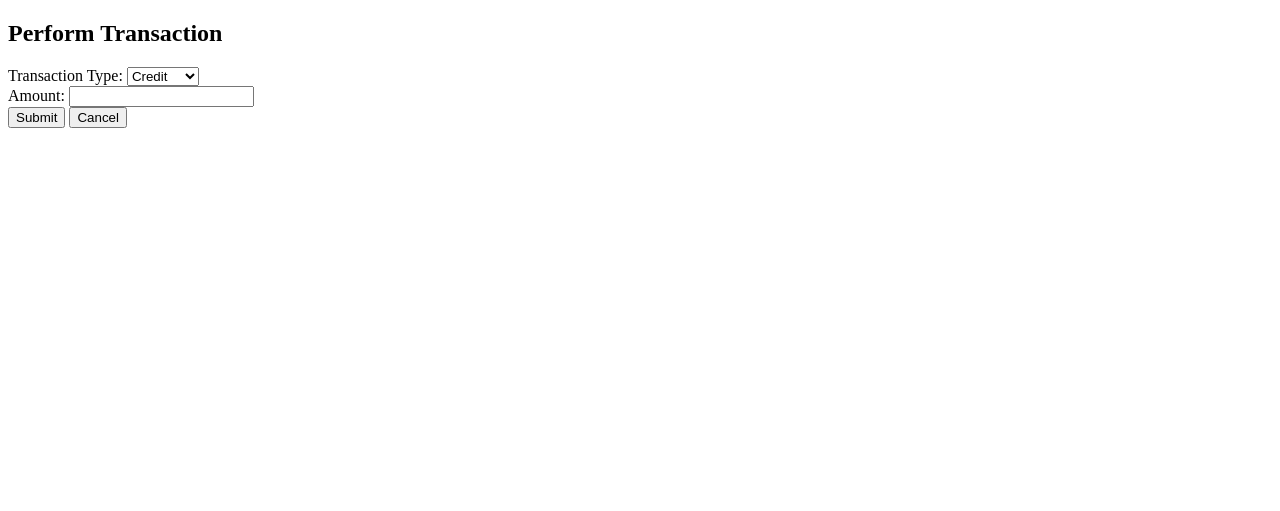
Repository: vinayakGarudi2002/swabhavTrainingProjects
Page: http://localhost/01_banking_application/performTransaction.jsp
The author's editor kept a copy of each file at every save. The page is drawn from the files as they stood at one save, then again after the next save.
The browser window is 1280 px wide. The pictures show the whole page.
The page is served by Tomcat 9. Other server files are loaded and not shown.

Above is the page before, as saved 2024-08-12 12:11:15.

### 01_banking_application/WebContent/performTransaction.jsp
<%@ page language="java" contentType="text/html; charset=ISO-8859-1"
    pageEncoding="ISO-8859-1"%>
<!DOCTYPE html>
<html lang="en">
<head>
    <meta charset="ISO-8859-1">
    <meta name="viewport" content="width=device-width, initial-scale=1.0">
    <title>Perform Transaction</title>
    <style>


        #transfer-fields {
            display: none;
        }
    </style>
    <script>
        function toggleTransferFields() {
            var transactionType = document.getElementById("transactionType").value;
            var transferFields = document.getElementById("transfer-fields");
            if (transactionType === "TRANSFER") {
                transferFields.style.display = "block";
            } else {
                transferFields.style.display = "none";
            }
        }
    </script>
</head>
<body>
    <div class="form-container">
        <h2>Perform Transaction</h2>

        <form action="PerformTransactionServlet" method="post">
            <div class="form-group">
                <label for="transactionType">Transaction Type:</label>
                <select name="transactionType" id="transactionType" onchange="toggleTransferFields()" required>
                    <option value="CREDIT">Credit</option>
                    <option value="DEBIT">Debit</option>
                    <option value="TRANSFER">Transfer</option>
                </select>
            </div>

            <div id="transfer-fields">
                <div class="form-group">
                    <label for="receiverAccountNo">Receiver Account Number:</label>
                    <input type="number" name="receiverAccountNo" id="receiverAccountNo">
                </div>
            </div>

            <div class="form-group">
                <label for="amount">Amount:</label>
                <input type="number" name="amount" id="amount" step="0.01" min="0" required>
            </div>

            <div class="form-group">
                <input type="submit" value="Submit">
                <input type="button" value="Cancel" onclick="window.location.href='customerOperation.jsp';">
            </div>

            <div class="error-message">
                <% if (request.getAttribute("errorMessage") != null) { %>
                    <%= request.getAttribute("errorMessage") %>
                <% } %>
            </div>

            <div class="success-message">
                <% if (request.getAttribute("successMessage") != null) { %>
                    <%= request.getAttribute("successMessage") %>
                <% } %>
            </div>
        </form>
    </div>
</body>
</html>

### 01_banking_application/WebContent/static/css/styles.css
/* styles.css */
body {
    font-family: Arial, sans-serif;
    background-color: #f4f4f4;
    display: flex;
    justify-content: center;
    align-items: center;
    height: 100vh;
    margin: 0;
}

.login-container {
    background-color: #fff;
    padding: 20px;
    border-radius: 5px;
    box-shadow: 0 0 10px rgba(0, 0, 0, 0.1);
    width: 300px;
}

h2 {
    margin-bottom: 20px;
    font-size: 24px;
    color: #333;
    text-align: center;
}

.form-group {
    margin-bottom: 15px;
}

label {
    display: block;
    margin-bottom: 5px;
    color: #555;
}

input[type="email"],
input[type="password"] {
    width: 100%;
    padding: 8px;
    box-sizing: border-box;
    border: 1px solid #ddd;
    border-radius: 4px;
}

button {
    width: 100%;
    padding: 10px;
    background-color: #007bff;
    color: white;
    border: none;
    border-radius: 4px;
    cursor: pointer;
    font-size: 16px;
}

button:hover {
    background-color: #0056b3;
}

.error-message {
    color: red;
    margin-top: 10px;
    text-align: center;
}

/* Additional styles for dashboard */
.dashboard-container {
    background-color: #fff;
    padding: 20px;
    border-radius: 5px;
    box-shadow: 0 0 10px rgba(0, 0, 0, 0.1);
    width: 400px;
    margin: 50px auto;
    text-align: center;
}

.admin-actions {
    list-style-type: none;
    padding: 0;
    margin: 20px 0;
}

.admin-actions li {
    margin: 10px 0;
}

.admin-actions a {
    text-decoration: none;
    color: #007bff;
    font-size: 18px;
}

.admin-actions a:hover {
    text-decoration: underline;
}

button {
    width: 100%;
    padding: 10px;
    background-color: #dc3545;
    color: white;
    border: none;
    border-radius: 4px;
    cursor: pointer;
    font-size: 16px;
    margin-top: 20px;
}

button:hover {
    background-color: #c82333;
}

/* add customer   */
.form-container {
    background-color: #fff;
    padding: 20px;
    border-radius: 5px;
    box-shadow: 0 0 10px rgba(0, 0, 0, 0.1);
    width: 400px;
    margin: 50px auto;
    text-align: left;
}

.form-container h2 {
    text-align: center;
    margin-bottom: 20px;
}

.form-container label {
    display: block;
    margin-bottom: 5px;
    font-weight: bold;
}

.form-container input[type="text"],
.form-container input[type="email"],
.form-container input[type="password"] {
    width: 100%;
    padding: 10px;
    margin-bottom: 20px;
    border: 1px solid #ccc;
    border-radius: 4px;
}

.form-container button {
    width: 100%;
    padding: 10px;
    background-color: #007bff;
    color: white;
    border: none;
    border-radius: 4px;
    cursor: pointer;
    font-size: 16px;
    margin:9px;
}

.form-container button:hover {
    background-color: #0056b3;
}

.error-message {
    color: red;
    font-weight: bold;
    margin-top: 20px;
    text-align: center;
}

.succes-message {
    color: green;
    font-weight: bold;
    margin-top: 20px;
    text-align: center;
}



/*vew all customer  */

  .customer-view-container {
            background-color: #fff;
            padding: 20px;
            border-radius: 5px;
            box-shadow: 0 0 10px rgba(0, 0, 0, 0.1);
            width: 600px;
            margin: 50px auto;
        }

        .customer-view-container h2 {
            text-align: center;
            margin-bottom: 20px;
            color: #333;
        }

        table {
            width: 100%;
            border-collapse: collapse;
            margin-bottom: 20px;
        }

        table th, table td {
            border: 1px solid #ddd;
            padding: 10px;
            text-align: center;
        }

        table th {
            background-color: #007bff;
            color: white;
        }

        table td {
            background-color: #f9f9f9;
            color: #333;
        }





  .form-container {
            background-color: #fff;
            padding: 20px;
            border-radius: 5px;
            box-shadow: 0 0 10px rgba(0, 0, 0, 0.1);
            width: 400px;
            margin: 50px auto;
        }

        h2 {
            text-align: center;
            margin-bottom: 20px;
            color: #333;
        }

        label {
            display: block;
            margin-bottom: 10px;
            font-weight: bold;
            color: #555;
        }

        select, input[type="text"] {
            width: 100%;
            padding: 10px;
            margin-bottom: 20px;
            border: 1px solid #ccc;
            border-radius: 4px;
        }

        button {
            width: 48%;
            padding: 10px;
            background-color: #007bff;
            color: white;
            border: none;
            border-radius: 4px;
            cursor: pointer;
            font-size: 16px;
        }

        button:hover {
            background-color: #0056b3;
        }

        .error-message {
            color: red;
            font-weight: bold;
            margin-top: 20px;
            text-align: center;
        }

        .success-message {
            color: green;
            font-weight: bold;
            margin-top: 20px;
            text-align: center;
        }

        .buttons-container {
            display: flex;
            justify-content: space-between;
        }


        /* customer Operation */

        .header {
            margin-bottom: 20px;
            color: #333;
            text-align: center;
        }

        .content h2 {
            margin-bottom: 20px;
            color: #333;
        }

        select, button[type="submit"] {
            width: 100%;
            padding: 10px;
            margin-bottom: 20px;
            border: 1px solid #ccc;
            border-radius: 4px;
        }

        .error-message {
            color: red;
            margin-top: 10px;
            text-align: center;
        }






        .heade-dashboard-container {
            background-color: #4c88ef;
            color: white;
            padding: 20px;
            text-align: center;
            border-radius: 5px 5px 0 0;
        }

        .heade-dashboard-container h1 {
            margin: 0;
            font-size: 24px;
        }

        .nav {
            display: flex;
            justify-content: space-around;
            background-color: #333;
            padding: 15px;
            border-radius: 0 0 5px 5px;
        }

        .nav a {
            color: white;
            text-decoration: none;
            padding: 14px 20px;
            text-align: center;
            border-radius: 4px;
        }

        .nav a:hover {
            background-color: #ddd;
            color: black;
        }

        .nav a.active {
            background-color: #4CAF50;
            color: white;
        }

        .content {
            margin-top: 30px;
            padding: 20px;
            background-color: white;
            border-radius: 5px;
            box-shadow: 0 0 10px rgba(0, 0, 0, 0.1);
        }

        .content h2 {
            margin-top: 0;
            font-size: 22px;
        }

        .account-info {
            margin-top: 20px;
            padding: 10px;
            background-color: #e7f1ff;
            border-radius: 5px;
            border: 1px solid #b3d9ff;
            text-align-last: start;
}
        }

After the next save:
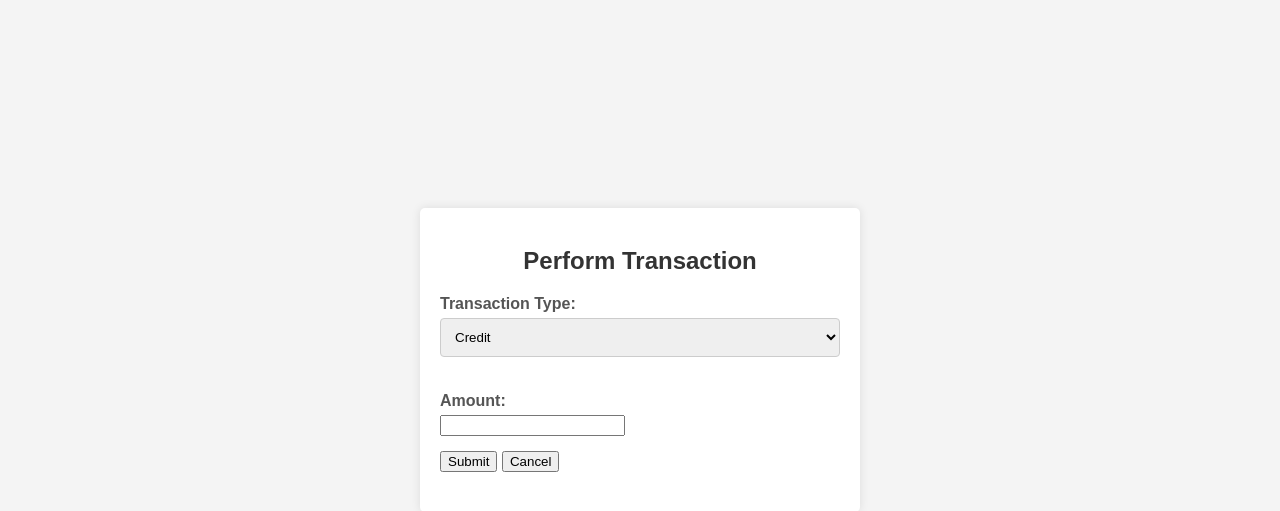
Saved 45 s later.
--- a/01_banking_application/WebContent/performTransaction.jsp
+++ b/01_banking_application/WebContent/performTransaction.jsp
@@ -5,6 +5,7 @@
 <head>
     <meta charset="ISO-8859-1">
     <meta name="viewport" content="width=device-width, initial-scale=1.0">
+        <link rel="stylesheet" type="text/css" href="static/css/styles.css">
     <title>Perform Transaction</title>
     <style>
 
